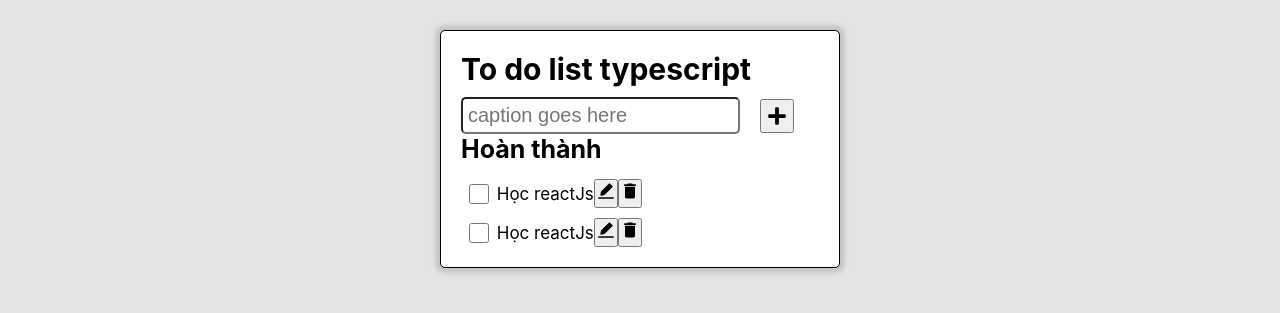
Repository: Nhatktvn/TodoListReactTs
Page: /
An editor plug-in stored every save of this project. The page is shown before and after the next save, followed by the edit.
The browser window is 1280 px wide. The pictures show the whole page.
The project was rebuilt for these pictures with package versions that can differ from the ones it lists, and the page was loaded fresh each time.

Above is the page before, as saved 2023-11-08 09:05:35.

After the next save:
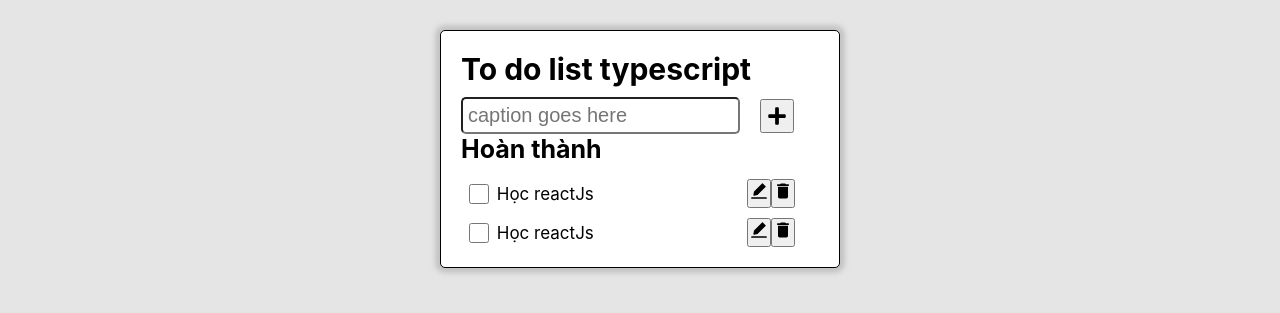
Saved 61 s later.
--- a/src/components/TaskList/tasklist.module.scss
+++ b/src/components/TaskList/tasklist.module.scss
@@ -4,9 +4,6 @@
 }
 .tasks {
   .task {
-    span {
-      font-size: 1.7rem;
-    }
     display: flex;
     justify-content: flex-start;
     align-items: center;
@@ -18,5 +15,10 @@
       max-width: 10%;
       height: 2rem;
     }
+    span {
+      flex: 0 0 70%;
+      max-width: 70%;
+      font-size: 1.7rem;
+    }
   }
 }
